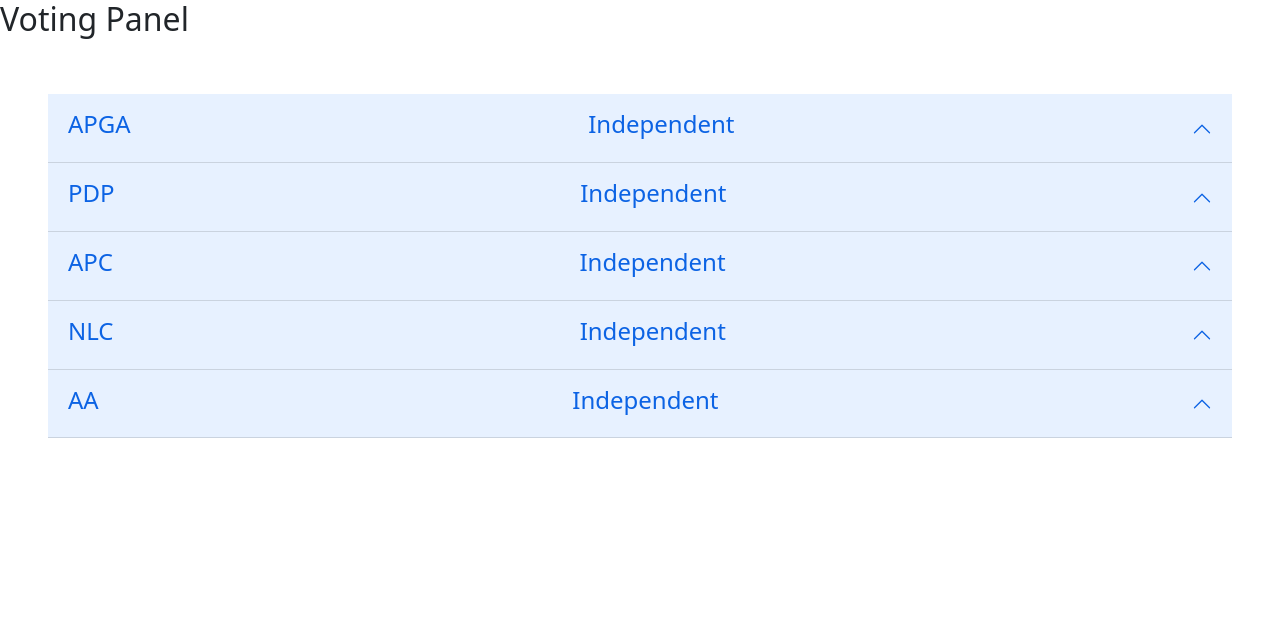
Repository: DavidManiIbrahim/Voting-app
Page: panel.html
The author's editor kept a copy of each file at every save. The page is drawn from the files as they stood at one save, then again after the next save.
The browser window is 1280 px wide. The pictures show the whole page.

Above is the page before, as saved 2025-01-20 06:23:40.

After the next save:
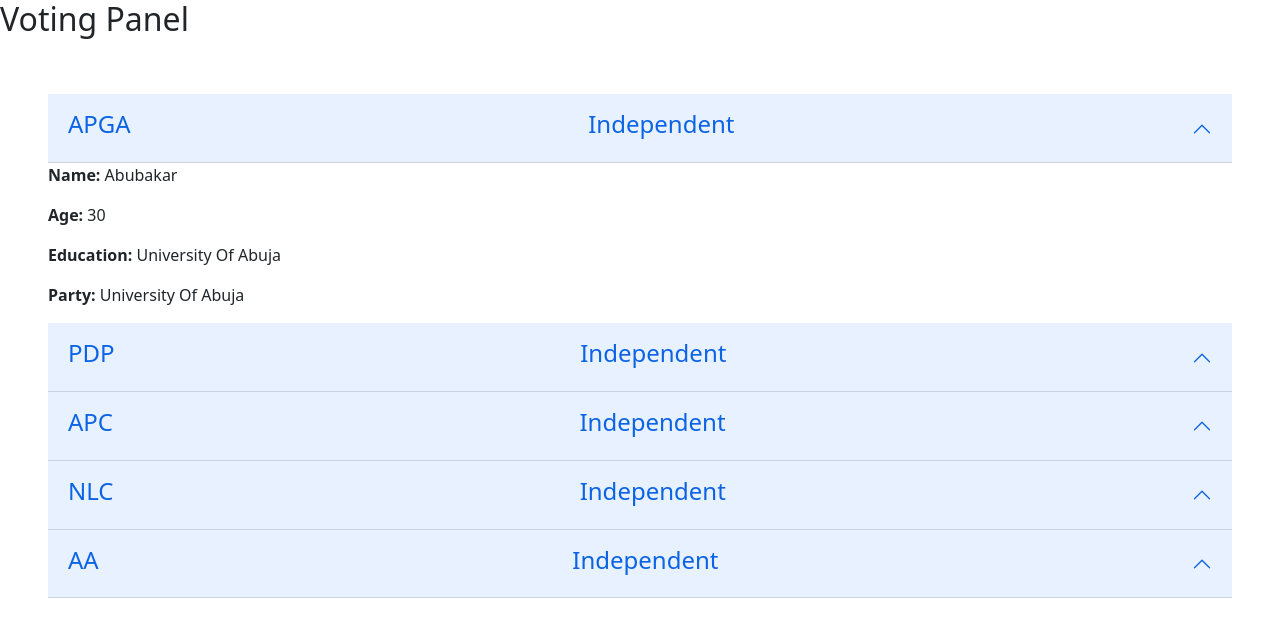
Saved 37 s later.
--- a/panel.html
+++ b/panel.html
@@ -22,7 +22,7 @@
             <img src="" alt="">
         </button>
 
-        <ul class="collapse list-unstyled" id="accord">
+        <ul class="collapsed list-unstyled" id="accord">
             <p>
                 <span class="fw-bold">Name:</span>
                 Abubakar

After the save that followed:
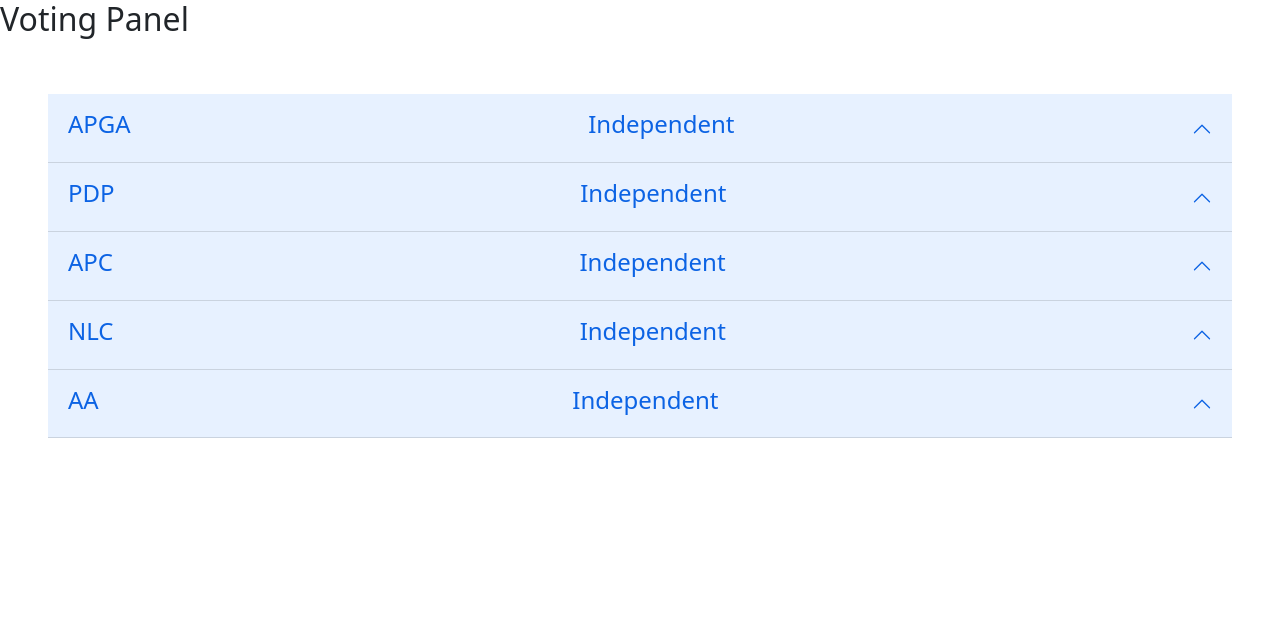
Saved 15 s later.
--- a/panel.html
+++ b/panel.html
@@ -22,7 +22,7 @@
             <img src="" alt="">
         </button>
 
-        <ul class="collapsed list-unstyled" id="accord">
+        <ul class="collapse list-unstyled" id="accord">
             <p>
                 <span class="fw-bold">Name:</span>
                 Abubakar
